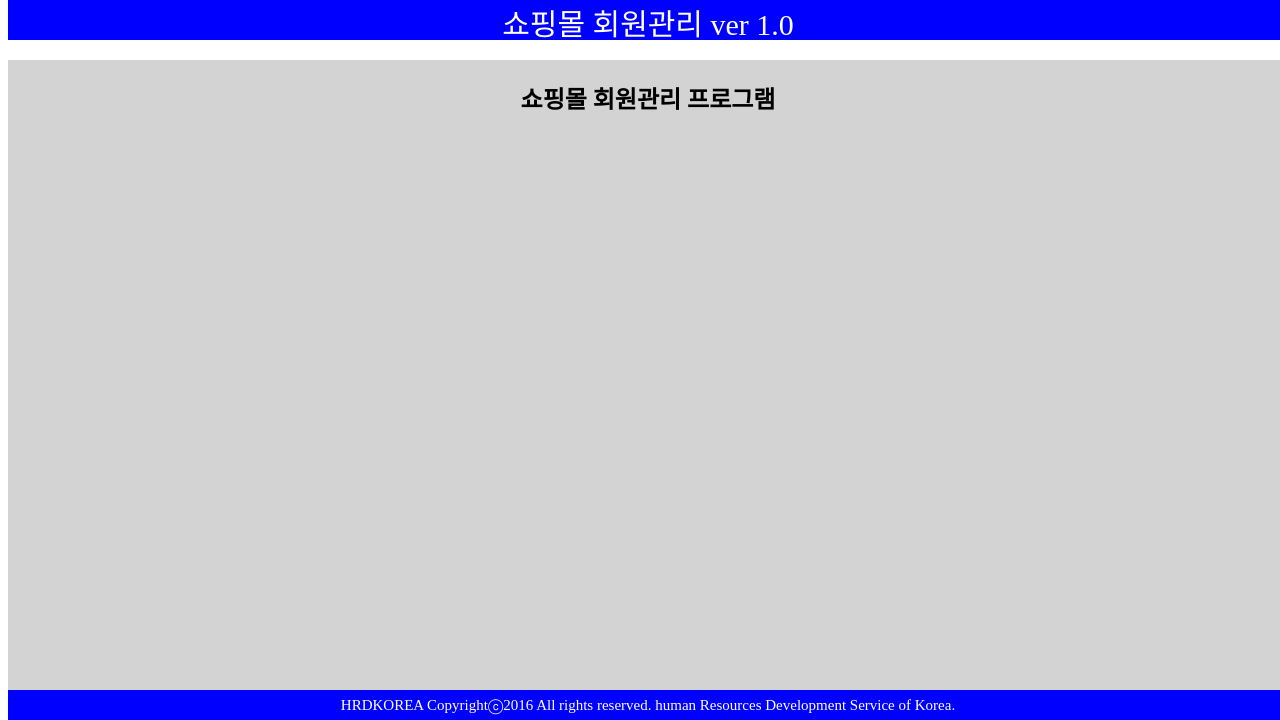
Repository: RnfElwl/youtube_infoT
Page: http://localhost/HRD_30812/join.jsp
An editor plug-in stored every save of this project. The page is shown before and after the next save, followed by the edit.
The browser window is 1280 px wide. The pictures show the whole page.
The page is served by Tomcat 9. Other server files are loaded and not shown.

Above is the page before, as saved 2022-03-11 13:19:57.

### HRD_30812/src/main/webapp/join.jsp
<%@ page language="java" contentType="text/html; charset=UTF-8"
    pageEncoding="UTF-8"%>
<!DOCTYPE html>
<html>
<head>
<meta charset="UTF-8">
<title>join</title>
</head>
<body>
<jsp:include page="header.jsp"></jsp:include>
	<section style="position:fixed; top:60px; width:100%; height:100%; background-color:lightgray ">
	 <h2 style="text-align:center">쇼핑몰 회원관리 프로그램</h2><br>
	 </section>
	 <jsp:include page="footer.jsp"></jsp:include>

</body>
</html>

### HRD_30812/src/main/webapp/header.jsp
<%@ page language="java" contentType="text/html; charset=UTF-8"
    pageEncoding="UTF-8"%>
<!DOCTYPE html>
<html>
<head>
<meta charset="UTF-8">
<title>header</title>
</head>
<body>
<header style="position:fixed; top:0px; width:100%; height:40px;
	background-color:blue; color:white; font-size:30px; text-align:center;
	 line-height:40px '"> 쇼핑몰 회원관리 ver 1.0</header>
</body>
</html>

### HRD_30812/src/main/webapp/footer.jsp
<%@ page language="java" contentType="text/html; charset=UTF-8"
    pageEncoding="UTF-8"%>
<!DOCTYPE html>
<html>
<head>
<meta charset="UTF-8">
<title>footer</title>
</head>
<body>
	<footer style="position:fixed; bottom:0px; width:100%; height:30px;
	background-color:blue; color:white; text-align:center; line-height:30px; font-size:15px ">
	 HRDKOREA Copyrightⓒ2016 All rights reserved. human Resources Development Service of Korea.
	 </footer>
</body>
</html>

After the next save:
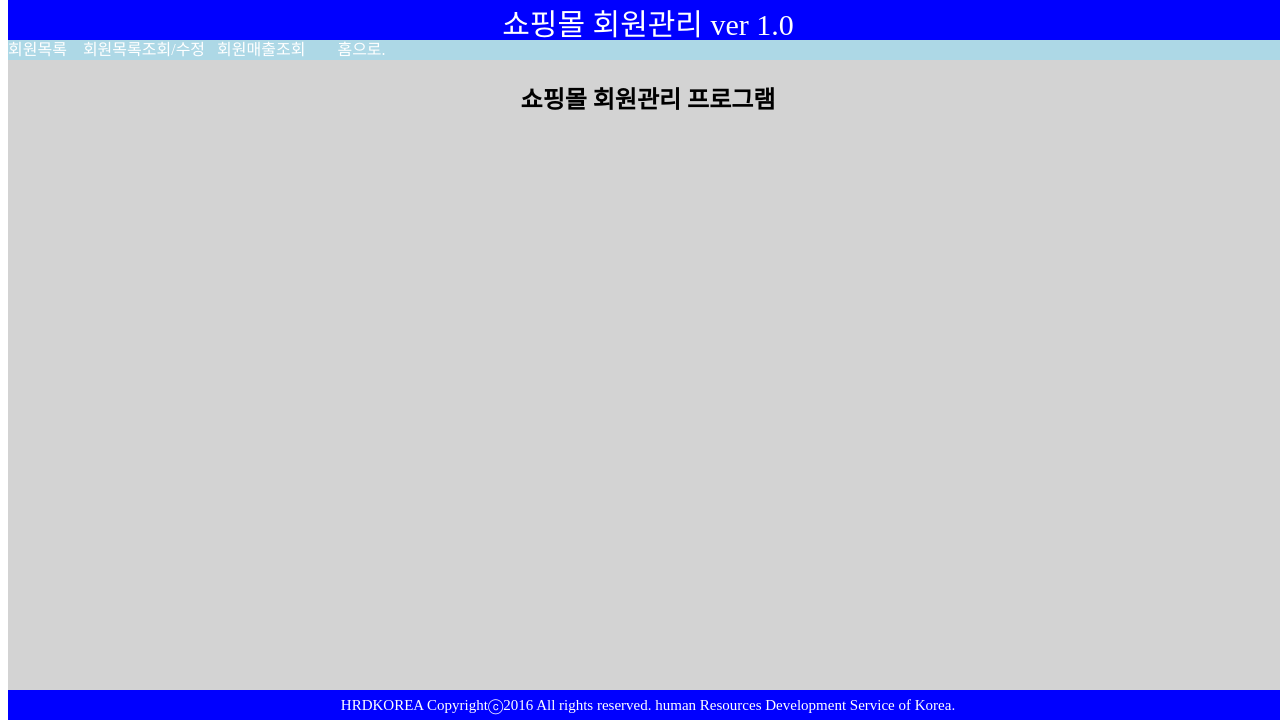
Saved 7 min 34 s later.
--- a/HRD_30812/src/main/webapp/header.jsp
+++ b/HRD_30812/src/main/webapp/header.jsp
@@ -10,5 +10,7 @@
 <header style="position:fixed; top:0px; width:100%; height:40px;
 	background-color:blue; color:white; font-size:30px; text-align:center;
 	 line-height:40px '"> 쇼핑몰 회원관리 ver 1.0</header>
+	 <nav style="position:fixed; top:40px; width:100%; height:20px;
+	background-color:lightblue; color:white; line-height:20px ">회원목록 &nbsp;&nbsp; 회원목록조회/수정 &nbsp;&nbsp;회원매출조회 &nbsp; &nbsp; &nbsp; &nbsp;홈으로.</nav>
 </body>
 </html>
